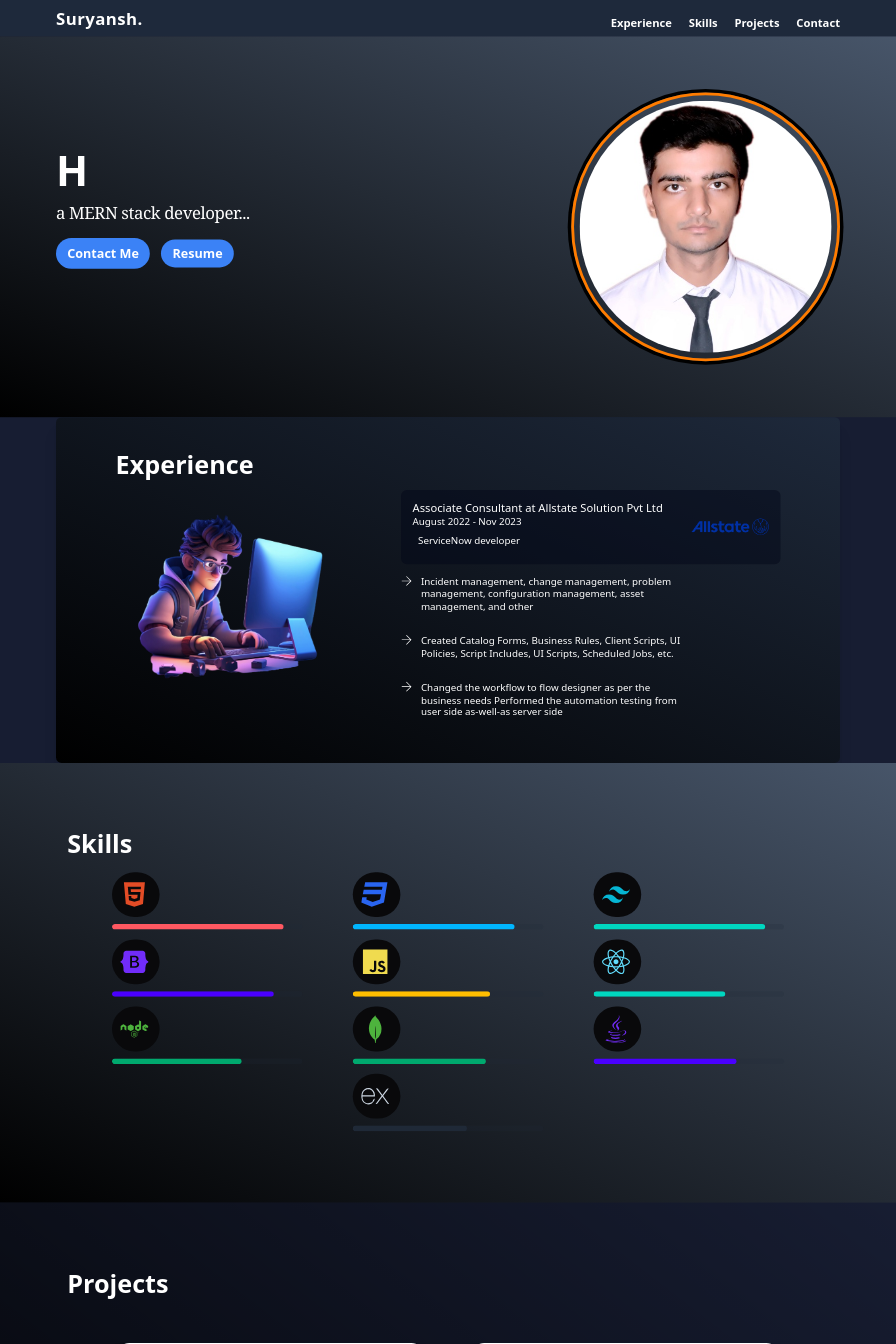
Repository: suryanshsingh99181/portfolio
Page: /
These files come from the project's save history. The page is drawn as it stood at one moment and after the next save; the edit follows.
The browser window is 1280 px wide. The pictures show the part of the page from y = 0 to 1920 px (the page is 2886 px tall), at 70% of full size.
The project was rebuilt for these pictures with package versions that can differ from the ones it lists, and the page was loaded fresh each time. Also part of the build but not shown: vite.config.js.

Above is the page before, as saved 2024-08-23 11:31:54.

After the next save:
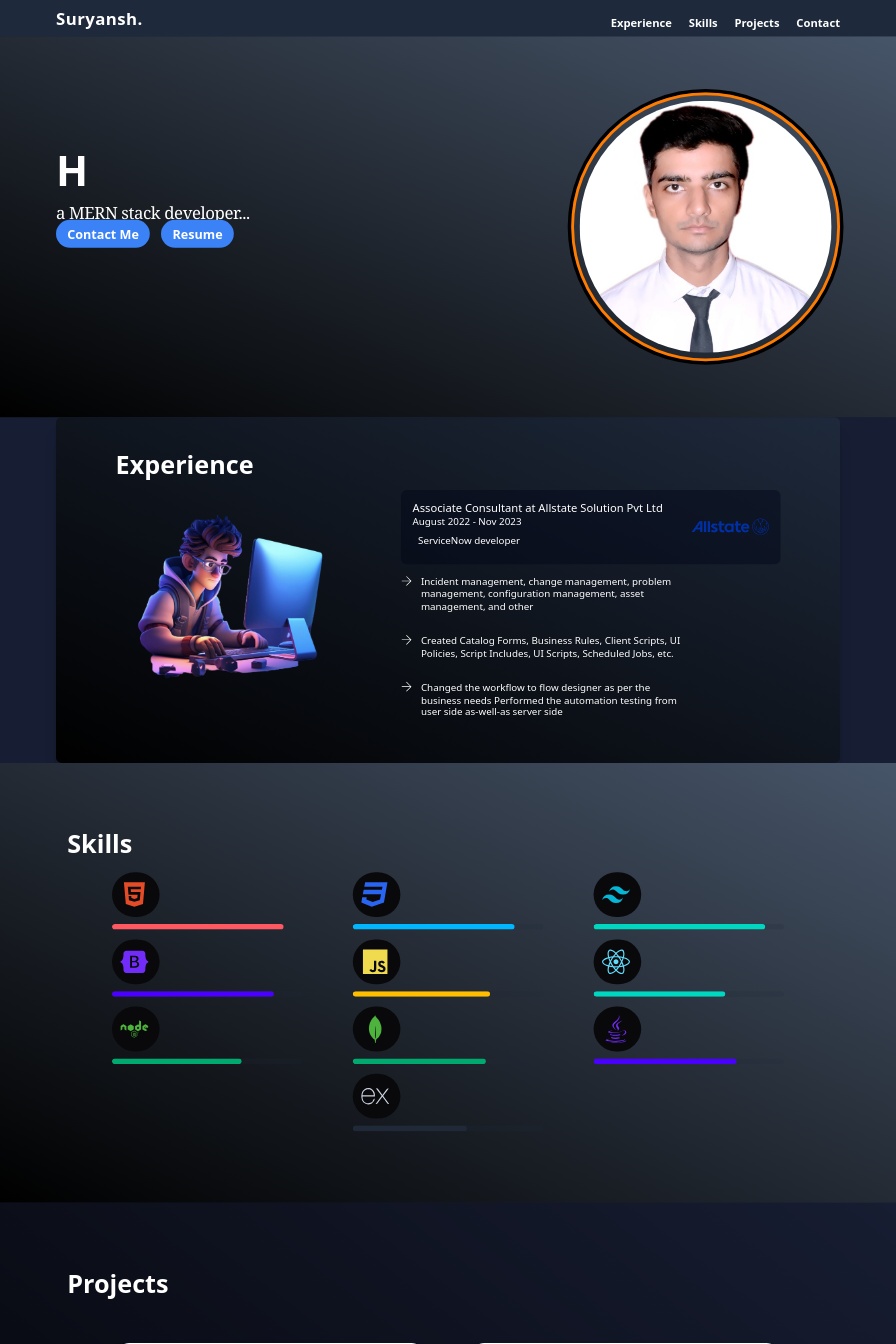
Saved 12 s later.
--- a/src/Components/home/Home.jsx
+++ b/src/Components/home/Home.jsx
@@ -18,12 +18,12 @@
         <p className="text-sm md:text-2xl leading-tight tracking-tight font-serif mt-4">
           a MERN stack developer...
         </p>
-        <button
+        <a
           className=" bg-blue-500 mt-5 md:md-10 text-white py-2 px-3 text-sm md:text-lg md:px-4 hover: duration-200 hover:bg-transparent hover:border-2 hover:border-[#FF7C00] font-semibold rounded-3xl"
           onClick={handleScroll}
         >
           Contact Me
-        </button>
+        </a>
         <a
           className=" bg-blue-500 mt-5 ml-4 md:md-10 text-white py-2 px-3 text-sm md:text-lg md:px-4 hover: duration-200 hover:bg-transparent hover:border-2 hover:border-[#FF7C00] font-semibold rounded-3xl"
           href="https://github.com/suryanshsingh99181/resume_/blob/main/Suryansh%20Singh%20Resume.pdf"
